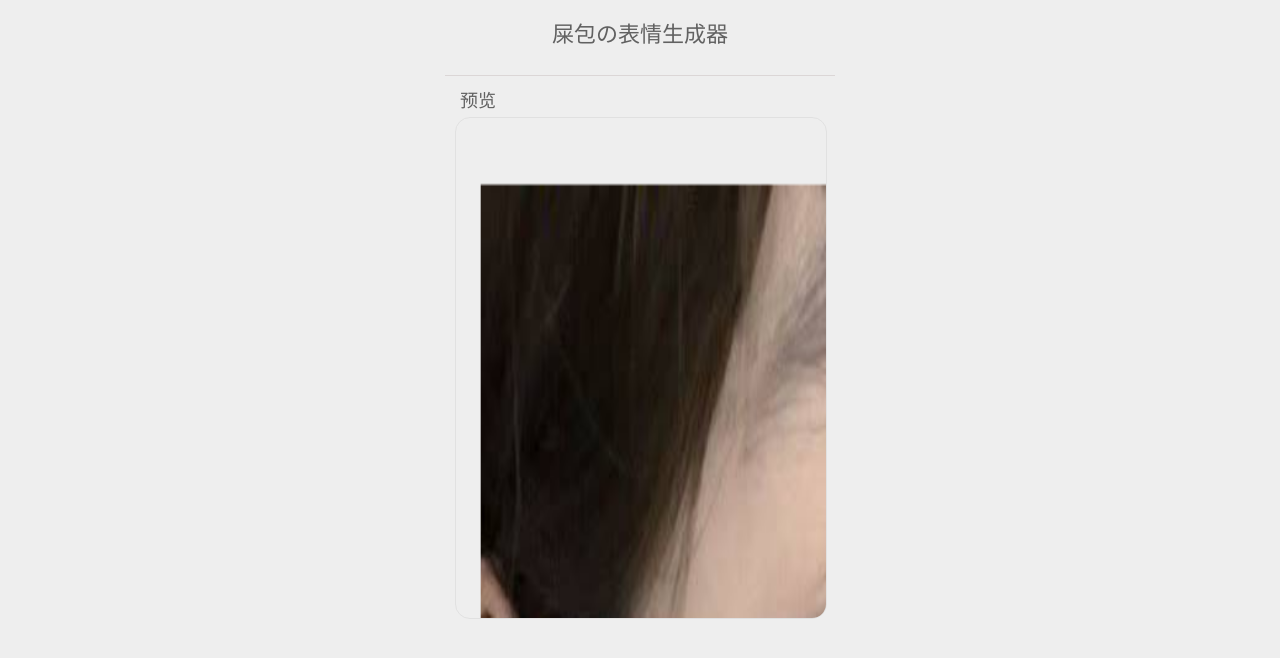
Repository: long-zuyang/shibao
Page: /
The author's editor kept a copy of each file at every save. The page is drawn from the files as they stood at one save, then again after the next save.
The browser window is 1280 px wide. The pictures show the whole page.
The project was rebuilt for these pictures with package versions that can differ from the ones it lists, and the page was loaded fresh each time. Also part of the build but not shown: vite.config.ts.

Above is the page before, as saved 2023-06-29 21:05:58.

After the next save:
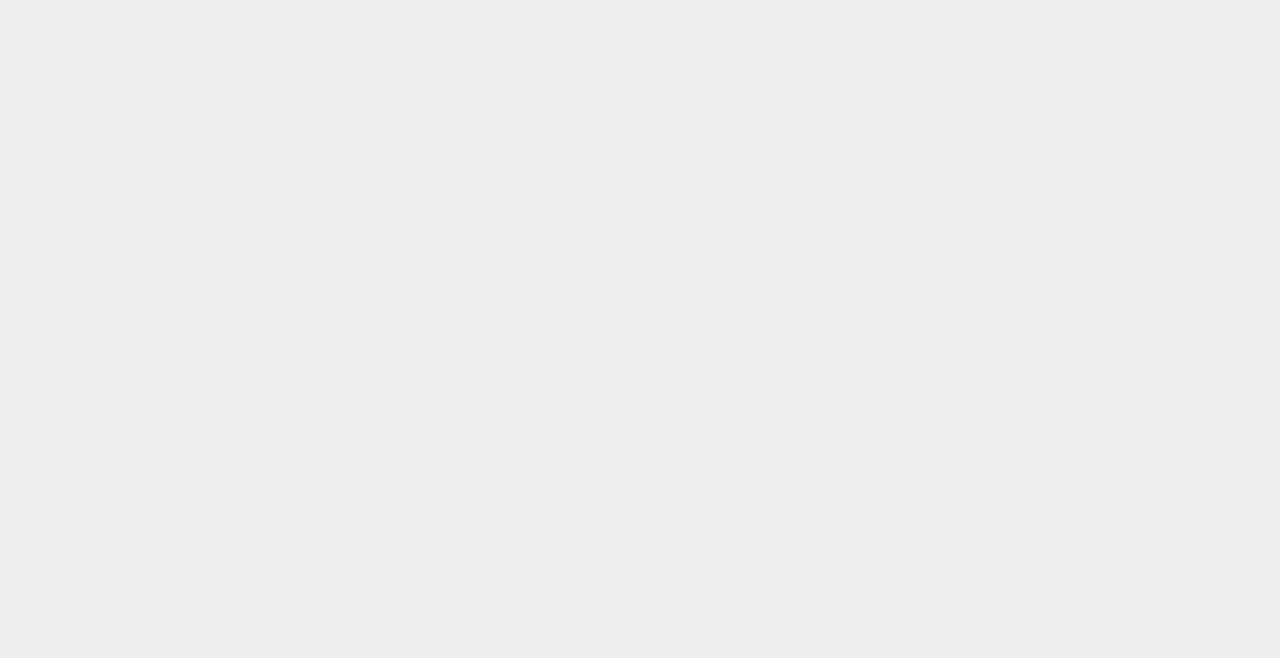
Console error: TypeError: Cannot set properties of undefined (setting 'onload')
Saved 7 s later.
--- a/src/components/CanvasDraw.tsx
+++ b/src/components/CanvasDraw.tsx
@@ -15,6 +15,7 @@
     // 创建头像图片
     const headImg = new Image();
     headImg.src = BaseImg;
+    headImg.
 
     // 图片加载完成后绘制图片
     headImg.onload = () => {

After the 3 saves that followed:
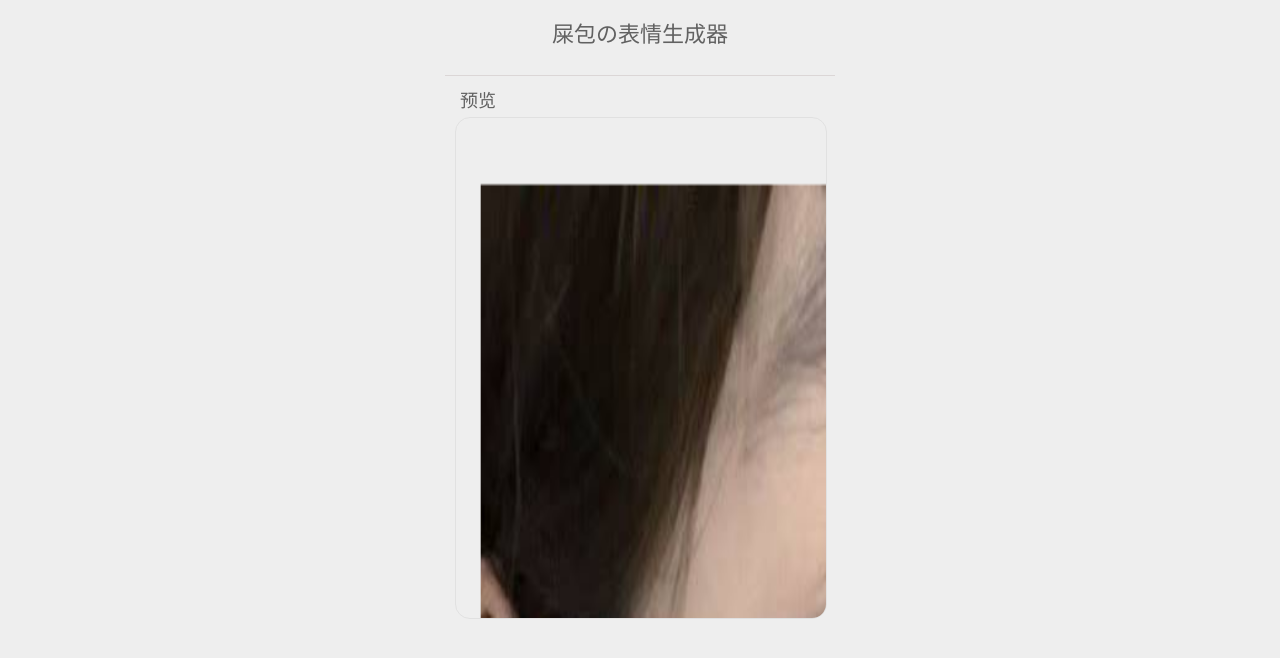
The error is gone.
The 3 saves are shown as one change because 1 did not build or start and some came seconds apart.
The last was saved 10 s later.
--- a/src/components/CanvasDraw.tsx
+++ b/src/components/CanvasDraw.tsx
@@ -15,7 +15,7 @@
     // 创建头像图片
     const headImg = new Image();
     headImg.src = BaseImg;
-    headImg.
+    headImg.width = '100px';
 
     // 图片加载完成后绘制图片
     headImg.onload = () => {
